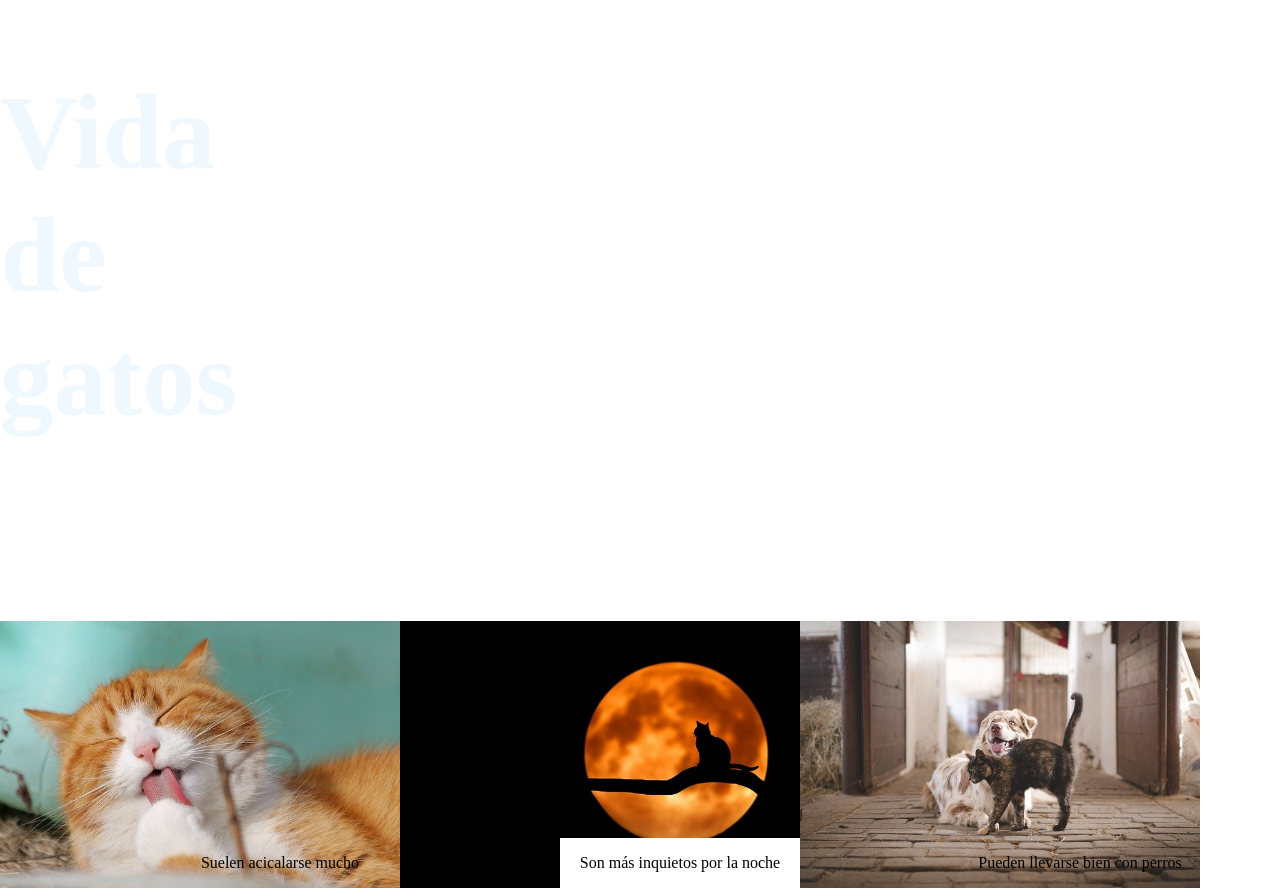
Repository: ScoggoDev/DesarrolloWeb
Page: tarea en equipo 1/tep3/vidadegatos/index.html
These files come from the project's save history. The page is drawn as it stood at one moment and after the next save; the edit follows.
The browser window is 1280 px wide. The pictures show the whole page.

Above is the page before, as saved 2021-07-14 20:55:01.

After the next save:
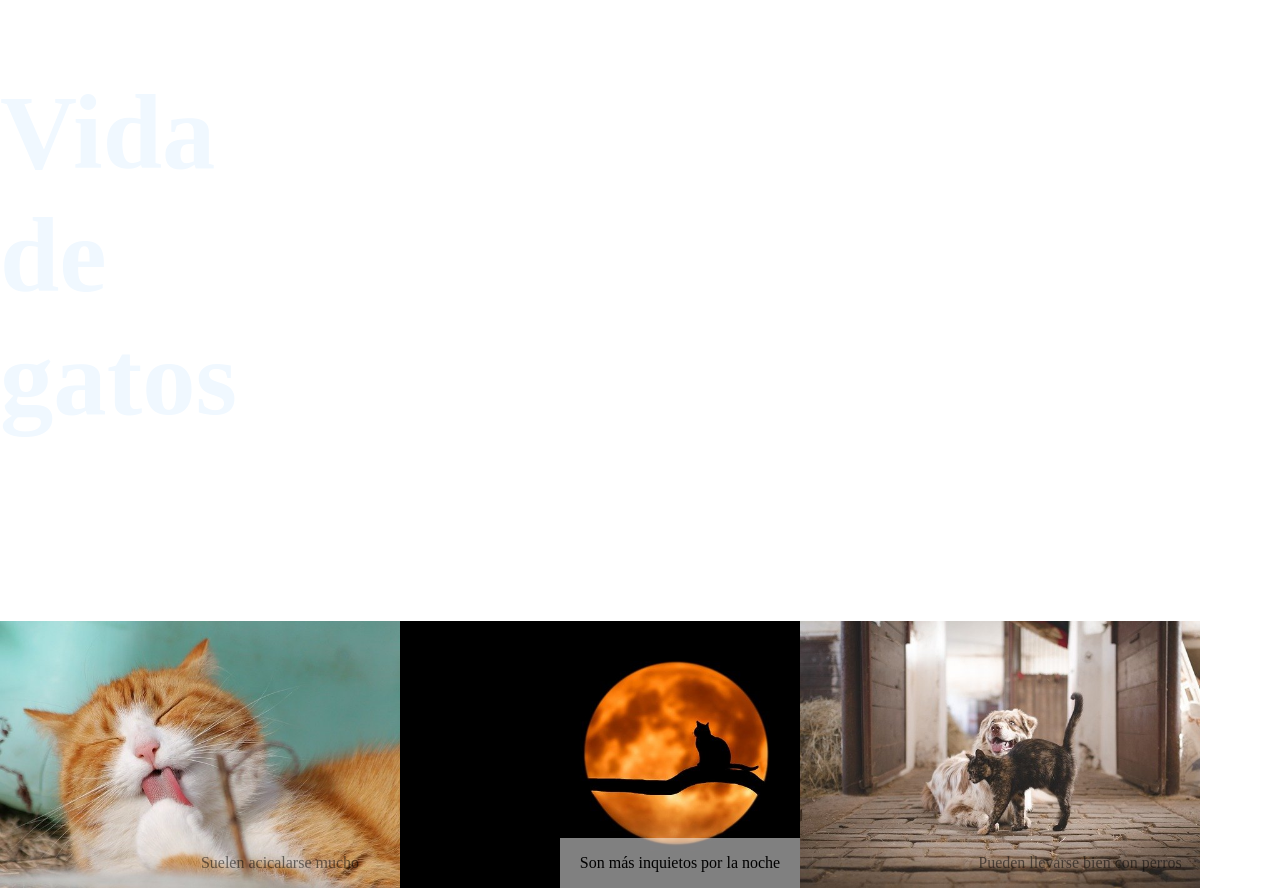
Saved 48 s later.
--- a/tarea en equipo 1/tep3/vidadegatos/css/estilos.css
+++ b/tarea en equipo 1/tep3/vidadegatos/css/estilos.css
@@ -43,8 +43,10 @@ body{
     top: 80%; /* Adjust this value to move the positioned div up and down */
     text-align: center;
     width: 60%;
+    opacity: 0.5;
 }
 .text-block-different{
     background-color:white;
     color:black;
+    opacity: 0.5;
 }
